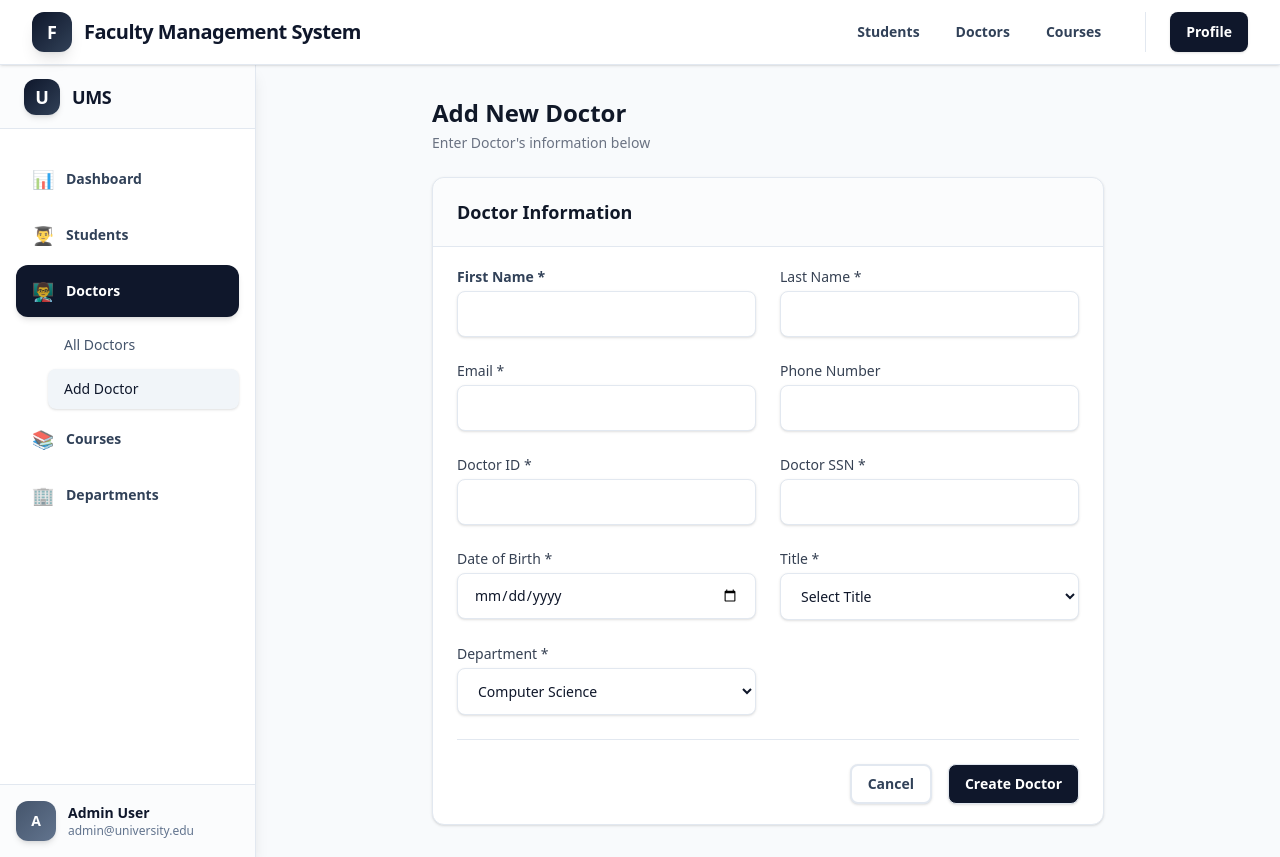
Repository: Mohamedmohsen179/Advanced-DB-Task
Page: /doctors/new (app in frontend/)
The author's editor kept a copy of each file at every save. The page is drawn from the files as they stood at one save, then again after the next save.
The browser window is 1280 px wide. The pictures show the whole page.
The page's requests for data from a server got no answer. The project was rebuilt for these pictures with package versions that can differ from the ones it lists, and the page was loaded fresh each time. The framework's server and built-in components were replaced by stand-ins that run in the browser. No one was signed in, and anything a server would have sent is missing. Also part of the build but not shown: frontend/next.config.ts.

Above is the page before, as saved 2025-11-28 19:09:10.

After the next save:
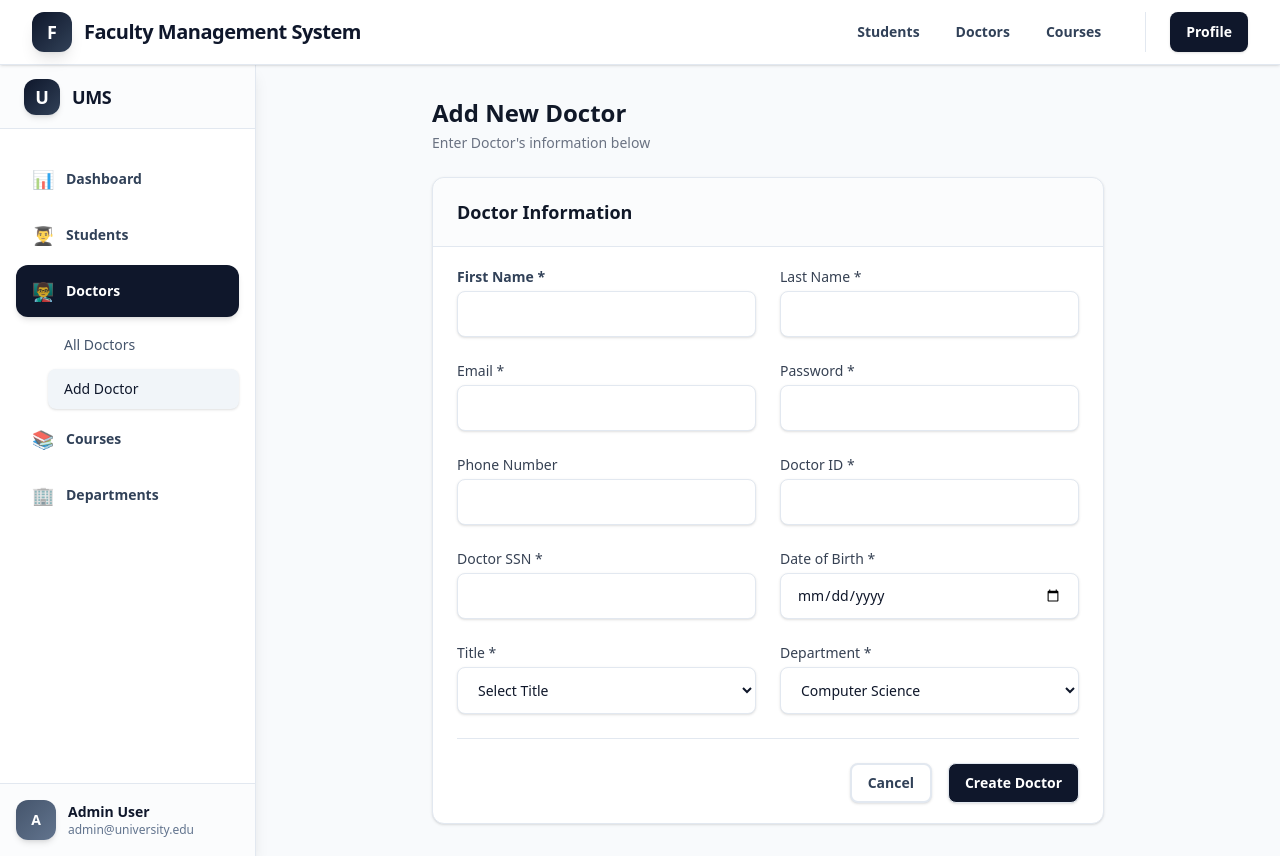
Saved 72 s later.
--- a/frontend/app/doctors/new/page.tsx
+++ b/frontend/app/doctors/new/page.tsx
@@ -168,6 +168,21 @@ export default function NewDoctorPage() {
                   type="email"
                   id="email"
                   name="email"
+                  required
+                  value={formData.email}
+                  onChange={handleInputChange}
+                  className="mt-1 block w-full border border-slate-300 rounded-lg px-4 py-3 text-sm focus:outline-none focus:ring-2 focus:ring-slate-500 focus:border-slate-500 transition-all duration-200 bg-white shadow-sm"
+                />
+              </div>
+
+              <div>
+                <label htmlFor="pass" className="block text-sm font-medium text-gray-700">
+                  Password *
+                </label>
+                <input
+                  type="password"
+                  id="pass"
+                  name="pass"
                   required
                   value={formData.email}
                   onChange={handleInputChange}
